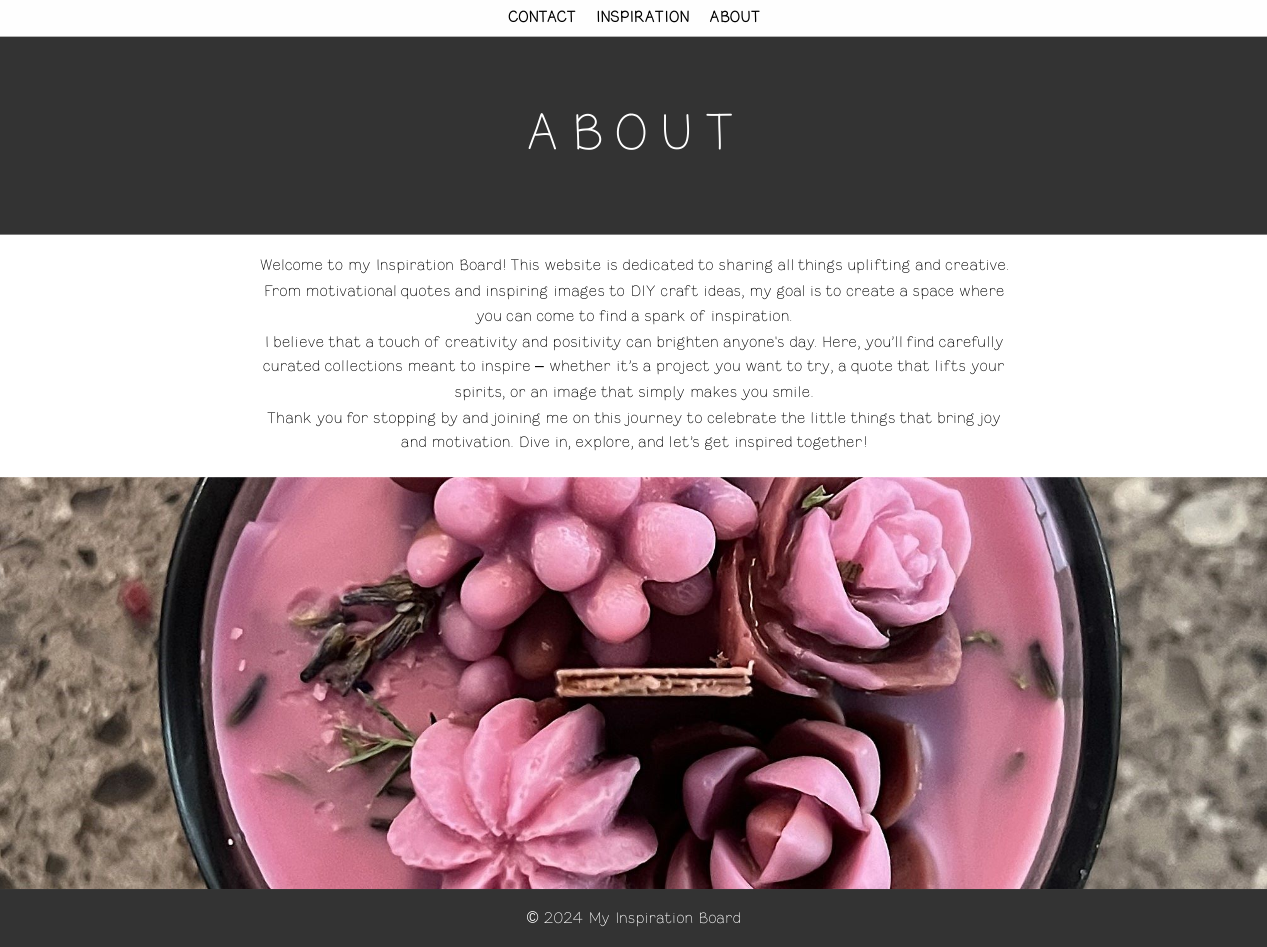
Repository: Brittany-Westlund/MART341-WebDesign
Page: WebDesignHomework/Assignment11/about.html
An editor plug-in stored every save of this project. The page is shown before and after the next save, followed by the edit.
The browser window is 1280 px wide. The pictures show the whole page, at 99% of full size.

Above is the page before, as saved 2024-11-03 20:21:33.

### WebDesignHomework/Assignment11/about.html
<!DOCTYPE html>
<html lang="en">
<head>
    <meta charset="UTF-8">
    <meta name="viewport" content="width=device-width, initial-scale=1.0">
    <title>My Inspiration Board</title>
    <link rel="stylesheet" href="style/style.css">
</head>
<body>

    <!-- Navigation -->
    <nav>
        <ul>
            <li><a href="contact.html">CONTACT</a></li>
            <li><a href="index.html">INSPIRATION</a></li>
            <li><a href="about.html">ABOUT</a></li>
        </ul>
    </nav>


    <div class="banner">ABOUT</div>

    <div class="about-section">
        <p>Welcome to my Inspiration Board! This website is dedicated to sharing all things uplifting and creative. From motivational quotes and inspiring images to DIY craft ideas, my goal is to create a space where you can come to find a spark of inspiration.</p>

        <p>I believe that a touch of creativity and positivity can brighten anyone's day. Here, you’ll find carefully curated collections meant to inspire – whether it’s a project you want to try, a quote that lifts your spirits, or an image that simply makes you smile.</p>

        <p>Thank you for stopping by and joining me on this journey to celebrate the little things that bring joy and motivation. Dive in, explore, and let’s get inspired together!</p>
    </div>

    <!-- Full-width image section -->
    <div>
        <img class="banner-image" src="images/succulent_candle_topview_banner.jpg">
    </div>

    <!--
    Full-width video section if needed
    <div>
        <video class="full-width-video" autoplay muted loop>
            <source src="" type="video/mp4">
            Your browser does not support the video tag.
        </video>
    </div>

     Full-width image section if needed
    <div>
        <img class="banner-image" src="">
    </div>
    -->

    <!-- Footer -->
    <footer>
        &copy; 2024 My Inspiration Board
    </footer>
</body>
</html>

### WebDesignHomework/Assignment11/style/style.css
/* Reset default styles */
* {
    margin: 0;
    padding: 0;
    box-sizing: border-box;
}

@font-face {
    font-family: 'Kitten';
    src: url('fonts/Kitten.ttf') format('truetype');
    font-weight: normal;
    font-style: normal;
}


body {
    font-family: 'Kitten', sans-serif; /* Falls back to sans-serif if font fails to load */
}

/* Navigation styling */
nav {
    background-color: #fefefe;
    padding: 10px;
    text-align: center;
}

nav ul {
    list-style-type: none;
    display: flex;
    justify-content: center;
    gap: 20px;
}

nav ul li a {
    color: #000;
    text-decoration: none;
    font-weight: bold;
    transition: color 0.3s ease, transform 0.3s ease; /* Smooth transition for hover effects */
}

/* Hover effect */
nav ul li a:hover {
    color: #a8858e; /* Change color on hover */
    text-decoration: underline; /* Add underline on hover */
}


/* Dark gray banner styling */
.banner {
    height: 200px;
    background-color: #333;
    color: white;
    display: flex;
    align-items: center;
    justify-content: center;
    font-size: 3.3em;
    text-align: center;
    letter-spacing: 0.2em;
}

/* Banner image styling */
.banner-image {
    width: 100%;
    height: auto;
    display: block;
}

/* Two-column block styling */
.two-column-block {
    display: flex;
}

.two-column-block div {
    flex: 1;
    padding: 90px;
    text-align: center;
}

.left-section {
    background-color: #d1c4c9;
}

.right-section {
    background-color: #f8f8f8;
}

.about-section {
    max-width: 800px; /* Limits the width for readability */
    margin: 0 auto; /* Centers the section horizontally */
    padding: 20px; /* Adds space inside the section */
    text-align: center; /* Centers the text */
    line-height: 1.6; /* Improves readability */
}

/* Styling for blockquote and author */
blockquote {
    font-size: 1.5em;
    font-style: italic;
    margin-bottom: 10px;
}

#quote-author {
    font-size: 1em;
    color: #555;
    margin-top: 5px;
}

/* Full-width video styling */
.full-width-video {
    width: 100%;
    height: 300px;
    object-fit: cover;
    display: block;
}

/* Footer styling */
footer {
    background-color: #333;
    color: white;
    text-align: center;
    padding: 20px;
}

After the next save:
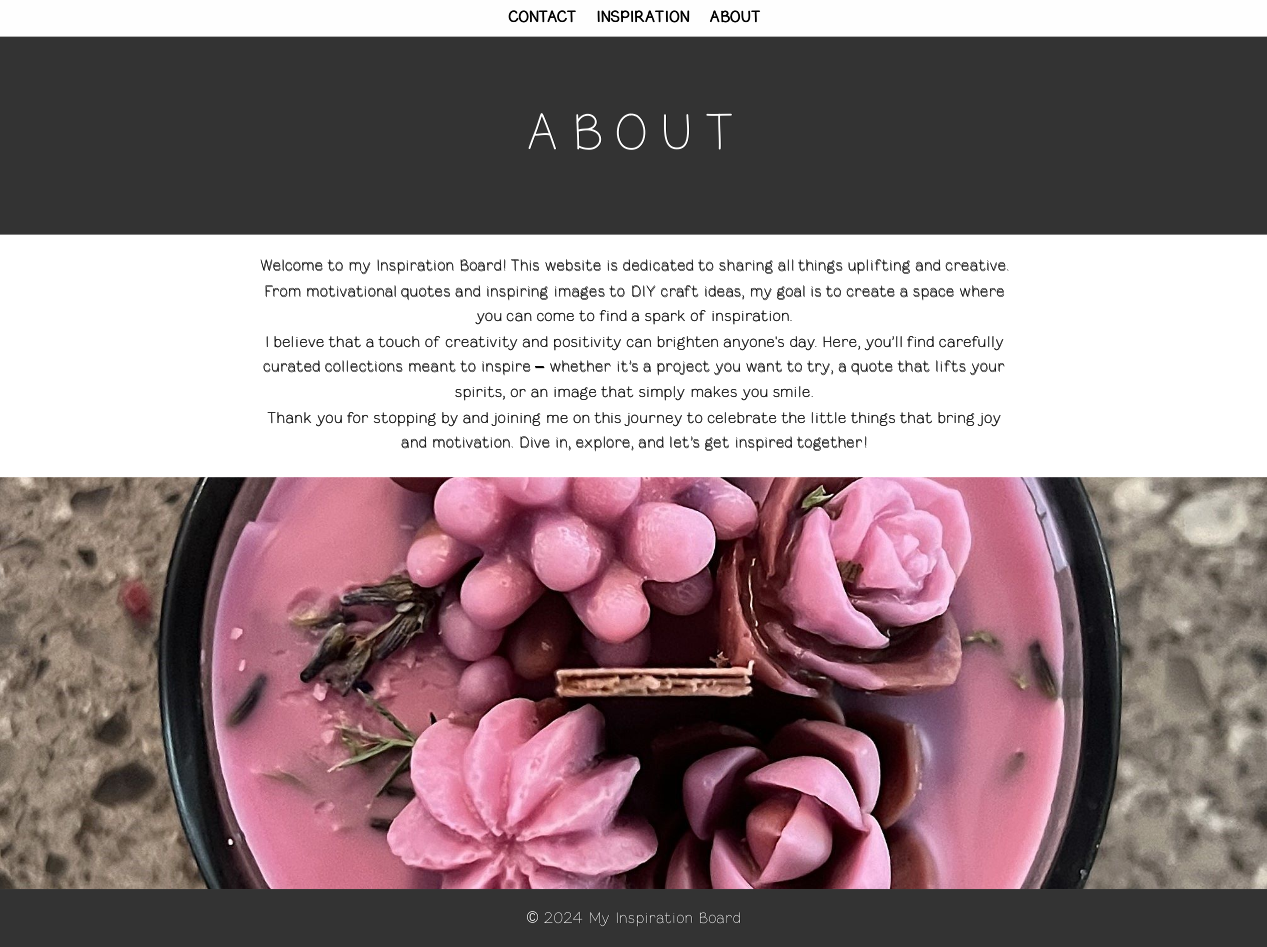
Saved 62 s later.
--- a/WebDesignHomework/Assignment11/style/style.css
+++ b/WebDesignHomework/Assignment11/style/style.css
@@ -15,6 +15,7 @@
 
 body {
     font-family: 'Kitten', sans-serif; /* Falls back to sans-serif if font fails to load */
+    text-shadow: 0.5px 0.5px 0 #000; /* Creates a thin shadow outline */
 }
 
 /* Navigation styling */
